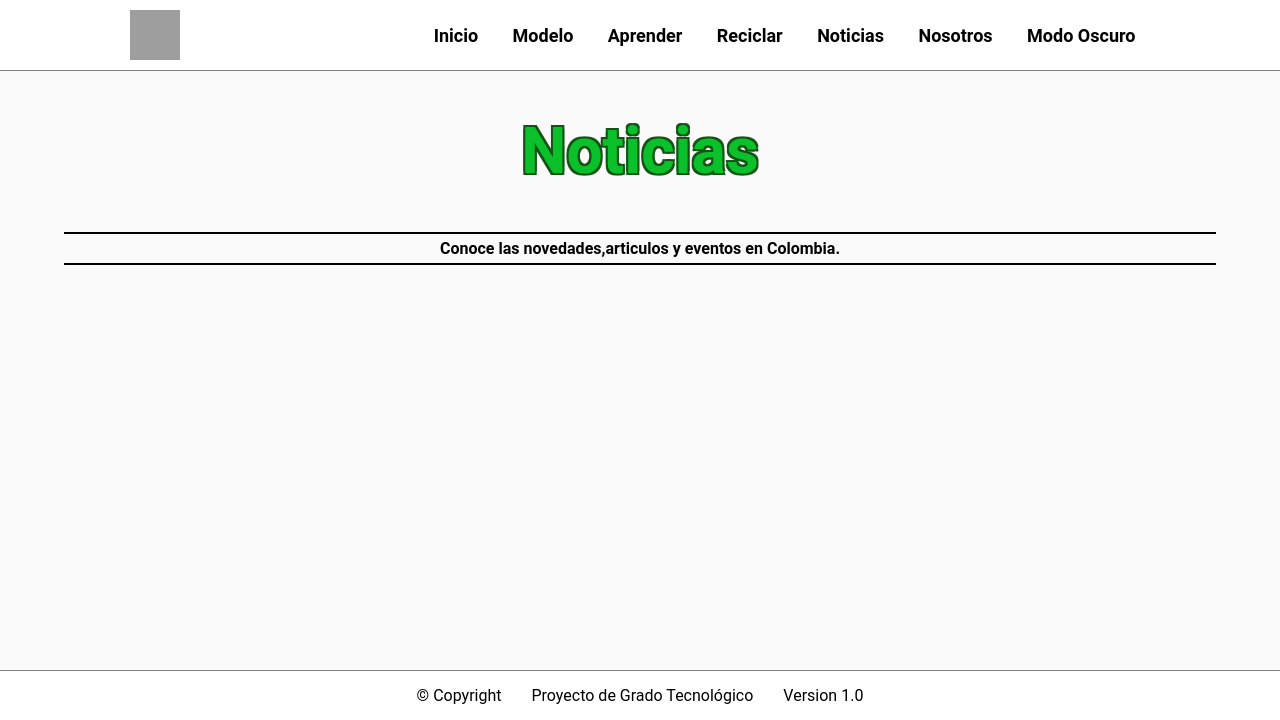
Repository: castecabas/Recicladora
Page: http://localhost/news
The author's editor kept a copy of each file at every save. The page is drawn from the files as they stood at one save, then again after the next save.
The browser window is 1280 px wide. The pictures show the whole page.
Pictures or frames that could not be fetched are drawn as grey boxes. The page is served by the project's application, run on Flask 3 (src/index.py). Other server files are loaded and not shown.

Above is the page before, as saved 2025-01-03 18:01:18.

### src/templates/news.html
<!DOCTYPE html>
<html lang="en">

<head>
    <meta charset="UTF-8">
    <meta name="viewport" content="width=device-width, initial-scale=1.0">
    <title>Noticias</title>
    <link rel="stylesheet" href="{{ url_for('static', filename='css/default.css') }}">
    <link rel="stylesheet" href="{{ url_for('static', filename='css/news.css') }}" >
    <link rel="shortcut icon" href="https://i.postimg.cc/gk7MpWkm/logo.webp" />
</head>

<body>
    <div class="container">
        {% include 'components/header.html' %}
        <main class="main-div">
            <h1>Noticias</h1>
            <span>Conoce las novedades,articulos y eventos en Colombia. </span>
            <section>

                {% for notice in notices %}
                {% with notice=notice %}
                {% include 'components/news_notice.html' %}
                {% endwith %}
                {% endfor %}

            </section>
        </main>
        {% include 'components/footer.html' %}
    </div>
</body>

</html>

### src/templates/components/header.html
<header>
    <style>
        body {
            transition: all 0.15s ease-in;
        }

        header {
            z-index: 9000;
            display: flex;
            justify-content: space-around;
            min-height: min-content;
            align-items: center;
            padding: 10px;
            background-color: white;
            border-bottom: 1px solid gray;
        }

        .logo {
            max-height: 50px;
            aspect-ratio: 1/1;
        }

        .nav-link {
            text-decoration: none;
            color: black;
            font-weight: bold;
            font-size: 18px;
            margin: 15px 15px;
            font-family: 'Roboto', sans-serif;
            text-wrap: nowrap;
        }

        .navbar a:hover {
            color: #20c721;
        }

        .navbar input.btn_darkmode{
            display: none;
        }

        .navbar label:hover {
            color: #20c721;
            cursor: pointer;
        }

        @media(max-width:800px) {
            header {
                flex-direction: column;
            }

            .navbar {
                justify-content: center;
                padding: 20px 10px 10px 10px;
            }

        }

        /* MODO OSCURO */

        body.dark-mode header {
            background: rgb(29, 0, 28);
            background: linear-gradient(90deg, rgba(29, 0, 28, 1) 0%, rgba(11, 0, 34, 1) 8%, rgba(0, 0, 22, 1) 100%);
            border-bottom: 1px solid #686868;

        }

        body.dark-mode header .navbar a,
        body.dark-mode header .navbar label {
            color: white;
        }

        body.dark-mode .navbar a:hover {
            color: #00DD00;
        }

        body.dark-mode .navbar label:hover{
            color: #20c721;
        }
    </style>

    <img alt="Logo de reciclaje" src="https://i.postimg.cc/gk7MpWkm/logo.webp" class="logo" />
    <div class="navbar">
        <a href="{{ url_for('index') }}" class="nav-link">
            Inicio
        </a>

        <a href="{{ url_for('model') }}" class="nav-link">
            Modelo
        </a>

        <a href="{{ url_for('learn')}}" class="nav-link">
            Aprender
        </a>

        <a href="{{ url_for('recycle')}}" class="nav-link">
            Reciclar
        </a>

        <a href="{{ url_for('news')}}" class="nav-link">
            Noticias
        </a>

        <a href="{{ url_for('about')}}" class="nav-link">
            Nosotros
        </a>

        <label class="nav-link" for="darkModeToggle"><input type="checkbox" class="btn_darkmode" id="darkModeToggle">
            Modo Oscuro</label>

    </div>

    <script src="{{ url_for('static', filename='js/dark_mode.js') }}"></script>
</header>

### src/templates/components/footer.html
<footer class="footer">
    <style>
        .footer {
            width: 100%;
            background-color: white;
            text-align: center;
            padding: 15px;
            box-sizing: border-box;
            position: relative;
            bottom: 0;
            font-family: 'Roboto', sans-serif;
            border-top: 1px solid gray;
            margin-top: auto;
        }

        .footer ul {
            list-style: none;
            padding: 0;
            margin: 0;
            display: flex;
            flex-direction: column;
            align-items: center;
        }

        .footer ul li {
            text-decoration: none;
            margin: 5px 0;
        }

        @media (min-width: 600px) {
            .footer ul {
                flex-direction: row;
                justify-content: center;
            }

            .footer ul li {
                margin: 0 15px;
            }
        }

        /* MODO OSCURO */
        body.dark-mode footer{
            background: rgb(29, 0, 28);
            background: linear-gradient(90deg, rgba(29, 0, 28, 1) 0%, rgba(11, 0, 34, 1) 8%, rgba(0, 0, 22, 1) 100%);
            border-top: 1px solid #686868;
            transition: all 0.3s ease-in;
        }

        body.dark-mode footer li{
            color: white;
        }
    </style>

    <ul>
        <li>© Copyright</li>
        <li>Proyecto de Grado Tecnológico</li>
        <li>Version 1.0</li>
    </ul>

</footer>

### src/index.py
from flask import Flask, render_template, Response, request, jsonify
from yolo_model import YOLOModel
from camera import Camera
import cv2
import numpy as np
import base64

app = Flask(__name__)

yolo_model = YOLOModel('src/model/best.pt')
camera = Camera()

# RUTAS
@app.route('/')
@app.route('/home')
@app.route('/index')
def index():
    return render_template('index.html')

@app.route('/about')
def about():
    return render_template('about.html')

@app.route('/learn')
def learn():
    return render_template('learn.html')

@app.route('/model')
def model():
    return render_template('model.html')

@app.route('/news')
def news():
    return render_template('news.html')

@app.route('/recycle')
def recycle():
    return render_template('recycle.html')

# FUNCIONES

    #NOTE: obtener las camaras
@app.route('/get_cameras')
def get_cameras():
    return jsonify(camera.get_camera_list())

    #NOTE: cambiar camara
@app.route('/switch_camera/<int:camera_id>')
def switch_camera(camera_id):
    camera.select_camera(camera_id)
    return "OK"

    #NOTE: detectar dicha imagen
@app.route('/detect', methods=['POST'])
def detect():
    try:
        if 'file' not in request.files:
            return jsonify({'error': 'No file part'}), 400

        file = request.files['file']
        confidence = float(request.form.get('confidence', 0.25))

        # Lee la imagen del archivo
        npimg = np.fromfile(file, np.uint8)
        img = cv2.imdecode(npimg, cv2.IMREAD_COLOR)

        # Detecta objetos usando el modelo YOLO
        results = yolo_model.detect(img, conf_threshold=confidence)
        if results is None:
            return jsonify({'error': 'No detections returned from model'}), 500

        # Dibuja los cuadros de detección en la imagen
        processed_img = yolo_model.draw_boxes(img, results)

        # Codifica la imagen procesada en base64 para enviar al cliente
        _, buffer = cv2.imencode('.jpg', processed_img)
        img_base64 = base64.b64encode(buffer).decode('utf-8')

        return jsonify({
            'image': f'data:[embedded picture, 35 characters]',
            'detections': results
        })
    except Exception as e:
        print(f"Error during detection: {e}")
        return jsonify({'error': str(e)}), 500

# EJECUCION
if __name__ == '__main__':
    app.run(debug=True)

### src/static/css/default.css
:root{
    --blanco-pagina:#fafafa;
    --overlay-intensidad:rgba(0,0,0,0.7);

    --verde-50:#f1fdf0;
    --verde-100:#ddfcdc;
    --verde-200:#baf8ba;
    --verde-300:#72ee72;
    --verde-400:#48e049;
    --verde-500:#20c721;
    --verde-600:#14a516;
    --verde-700:#148116;
    --verde-800:#156617;
    --verde-900:#135415;
    --negro-950:#052e07;

    /* MODO OSCURO PALETA*/
    --dark-blue:#000014;
}

* {
    font-family: "Roboto", sans-serif;
  }

### src/static/css/news.css
* {
  box-sizing: border-box;
}

body {
  margin: 0;
  width: 100%;
  background-color: var(--blanco-pagina);
  display: flex;
  flex-direction: column;
  min-height: 100vh;
}

.container {
  display: flex;
  flex-direction: column;
  min-height: 100vh;
}

.main-div {
  display: flex;
  align-items: center;
  padding: 20px;
  text-align: center;
  flex-direction: column;
  flex: 1;
  width: 100vw;
  padding: 0;
}

.main-div h1 {
  color: #0ac12b;
  font-size: 400%;
  text-shadow: -2px -2px 0 var(--verde-900), -2px 2px 0 var(--verde-900), 2px -2px 0 var(--verde-900),
    2px 2px 0 var(--verde-900);
}

.main-div span {
  border-top: 2px solid black;
  border-bottom: 2px solid black;
  width: 90vw;
  padding: 5px 0px 5px 0px;
  font-weight: bold;
}

.main-div section {
  display: grid;
  grid-template-columns: repeat(4, 1fr);
}

@media (max-width: 1280px) {
  .main-div section {
    grid-template-columns: repeat(3, 1fr);
  }
}

@media (max-width: 970px) {
  .main-div section {
    grid-template-columns: repeat(2, 1fr);
  }
}

@media (max-width: 650px) {
  .main-div section {
    grid-template-columns: 1fr;
  }
}

.main-div section article {
  position: relative;
  padding: 5px;
  margin: 10px;
  aspect-ratio: 1/1;
  align-content: center;
  max-height: 300px;
  border-radius: 2px;
  transition: transform 0.3s ease;
  background-size: cover;
  background-repeat: no-repeat;
  overflow: hidden;
  border: 0;
}

.main-div section article:hover {
  transform: translateX(8px) translateY(-6px);
}

.main-div section article:hover .overlay {
  opacity: 0.3;
}

.overlay {
  position: absolute;
  top: 0;
  left: 0;
  width: 100%;
  height: 100%;
  background-color: var(--overlay-intensidad);
  opacity: 1;
  transition: opacity 0.3s ease;
  border-radius: 2px;
  z-index: 1;
}

.main-div section article a {
  position: relative;
  font-weight: bold;
  font-size: 200%;
  color: white;
  overflow-wrap: break-word;
  text-decoration: none;
  z-index: 2;
}

/* MODO OSCURO */

body.dark-mode {
  background-color: var(--dark-blue);
  color: white;
}

body.dark-mode .main-div h1 {
  text-shadow: -2px -2px 0 var(--verde-900), -2px 2px 0 var(--verde-900), 2px -2px 0 var(--verde-900),
    2px 2px 0 var(--verde-900);
}

body.dark-mode .main-div span {
  border-top: 2px solid #e2e2e2;
  border-bottom: 2px solid #e2e2e2;
}

body.dark-mode .main-div section article {
  border: 1px outset rgb(165, 165, 165);
}

### src/static/js/dark_mode.js
document.addEventListener("DOMContentLoaded", () => {
    const toggle = document.getElementById("darkModeToggle");
    const darkModeEnabled = localStorage.getItem("darkMode") === "enabled";

    if (darkModeEnabled) {
        document.body.classList.add("dark-mode");
        toggle.checked = true;
    }

    toggle.addEventListener("change", () => {
        if (toggle.checked) {
            document.body.classList.add("dark-mode");
            localStorage.setItem("darkMode", "enabled");
        } else {
            document.body.classList.remove("dark-mode");
            localStorage.setItem("darkMode", "disabled");
        }
    });
});

After the next save:
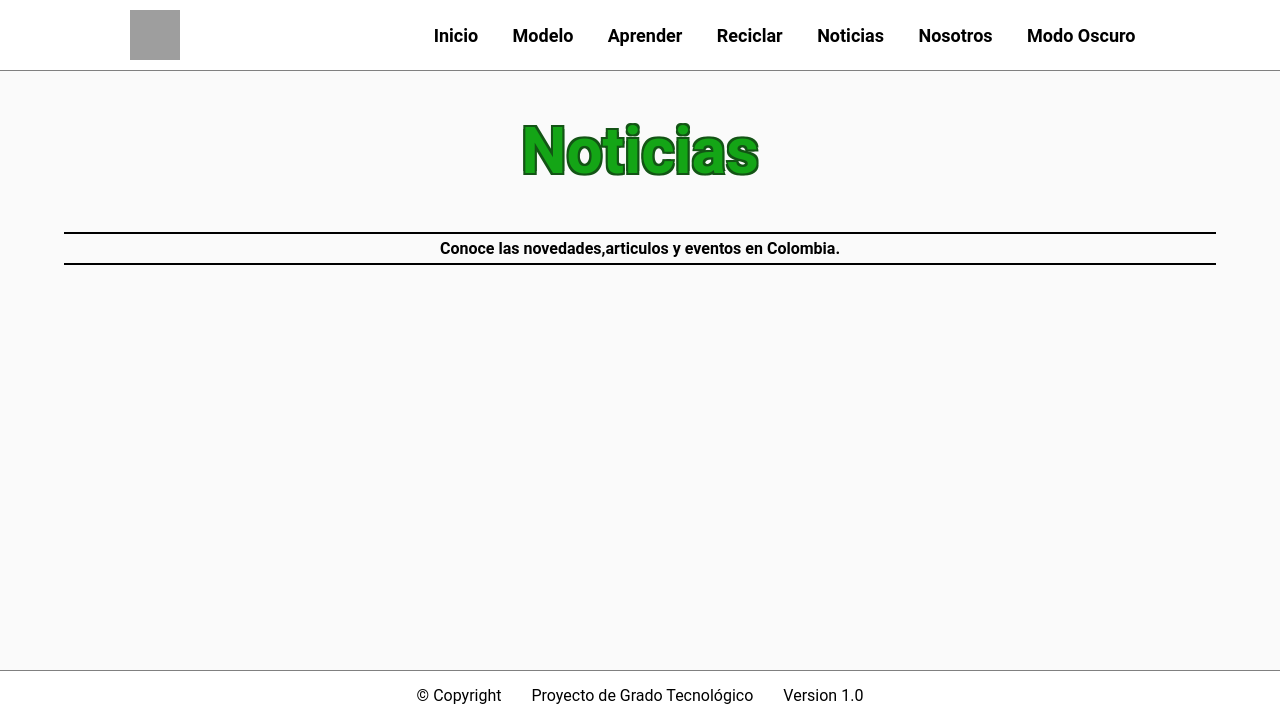
Saved 6 s later.
--- a/src/static/css/news.css
+++ b/src/static/css/news.css
@@ -29,7 +29,7 @@ body {
 }
 
 .main-div h1 {
-  color: #0ac12b;
+  color: var(--verde-600);
   font-size: 400%;
   text-shadow: -2px -2px 0 var(--verde-900), -2px 2px 0 var(--verde-900), 2px -2px 0 var(--verde-900),
     2px 2px 0 var(--verde-900);
